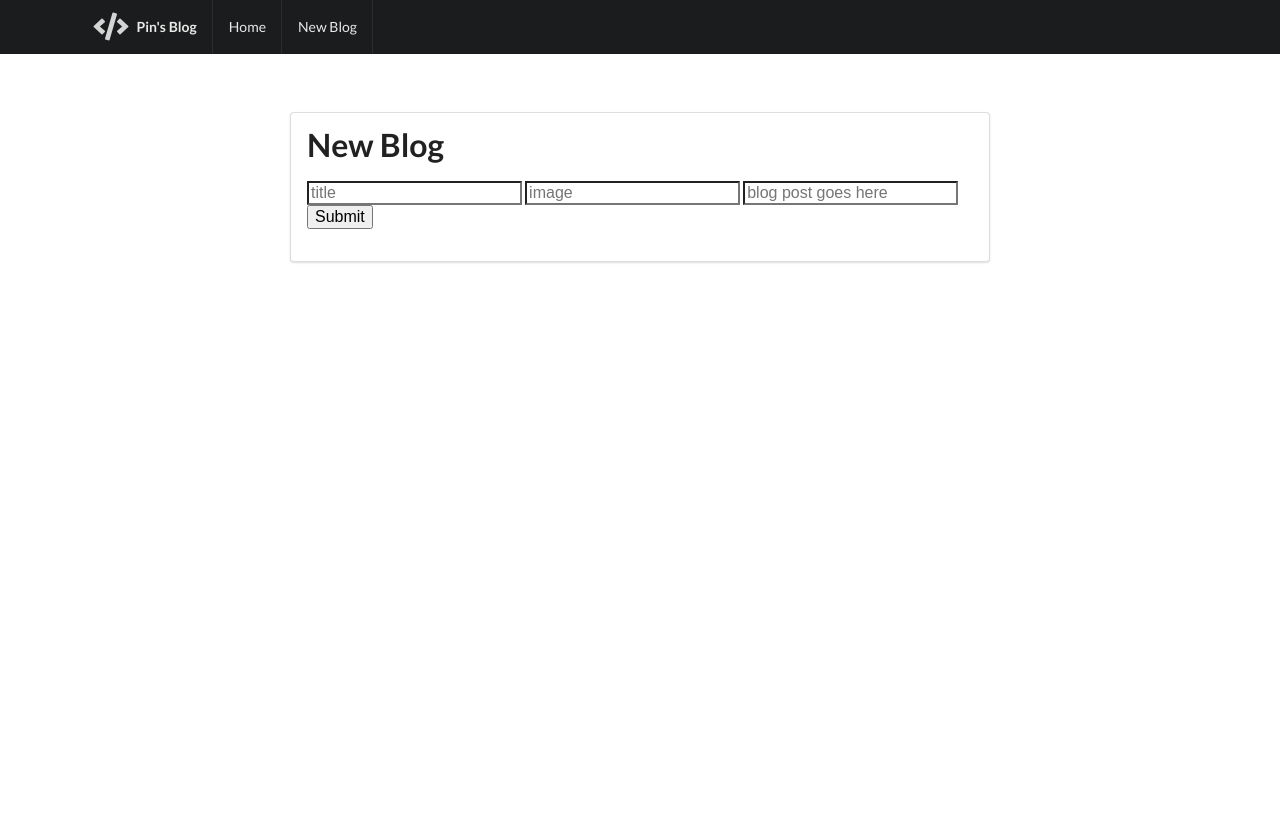
Repository: pichu0528/Web-Development
Page: http://localhost/blogs/new
The author's editor kept a record of every edit. The page is drawn from the files as they stood at one moment, then again after the next edit.
The browser window is 1280 px wide. The pictures show the whole page.
Some web libraries are served in a nearby version. The page is served by the project's Node server (RESTful Routing/RESTfulBlogApp/app.js).

Above is the page before.

After the next edit:
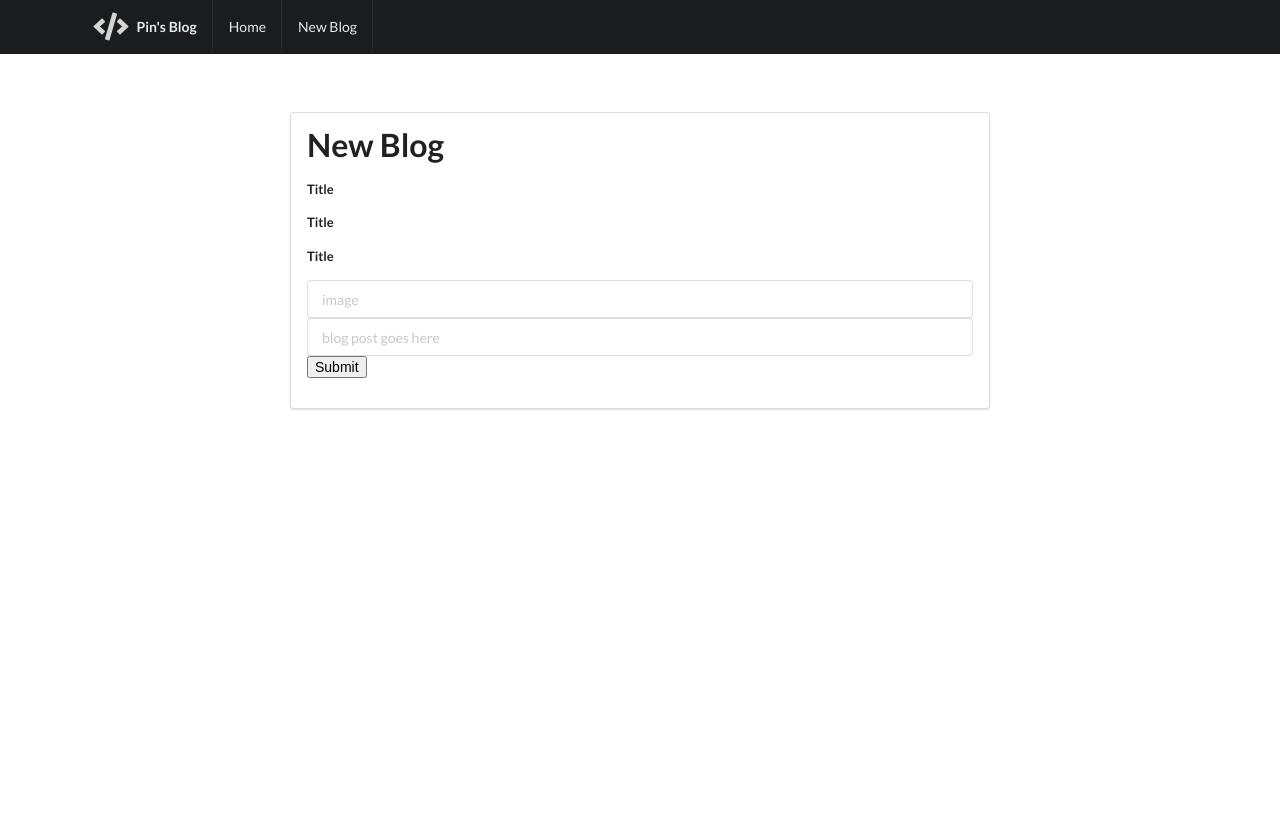
The edit:
--- a/RESTful Routing/RESTfulBlogApp/views/new.ejs
+++ b/RESTful Routing/RESTfulBlogApp/views/new.ejs
@@ -1,8 +1,20 @@
 <% include ./partials/header %>
 <div class="ui main text container segment">
     <div class="ui huge header">New Blog</div>
-    <form action="/blogs" method="POST">
-        <input type="text" name="blog[title]" placeholder="title">
+    <form class="ui form" action="/blogs" method="POST">
+        <div class="field">
+            <label>Title</label>
+
+        </div>
+        <div class="field">
+            <label>Title</label>
+
+        </div>
+        <div class="field">
+            <label>Title</label>
+
+        </div>
+
         <input type="text" name="blog[image]" placeholder="image">
         <input type="text" name="blog[body]" placeholder="blog post goes here">
         <input type="submit">
